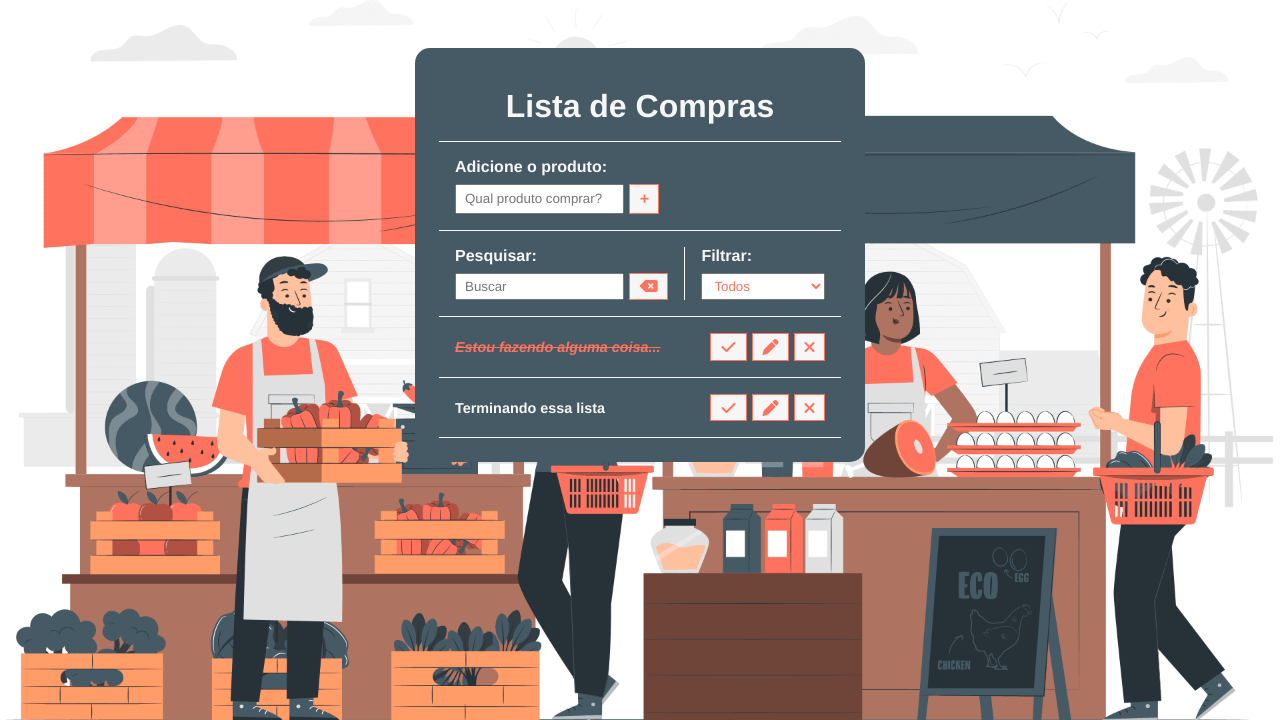
Repository: Dkrvalho/mercado
Page: index.html
The author's editor kept a copy of each file at every save. The page is drawn from the files as they stood at one save, then again after the next save.
The browser window is 1280 px wide. The pictures show the whole page.

Above is the page before, as saved 2023-01-09 19:56:00.

After the next save:
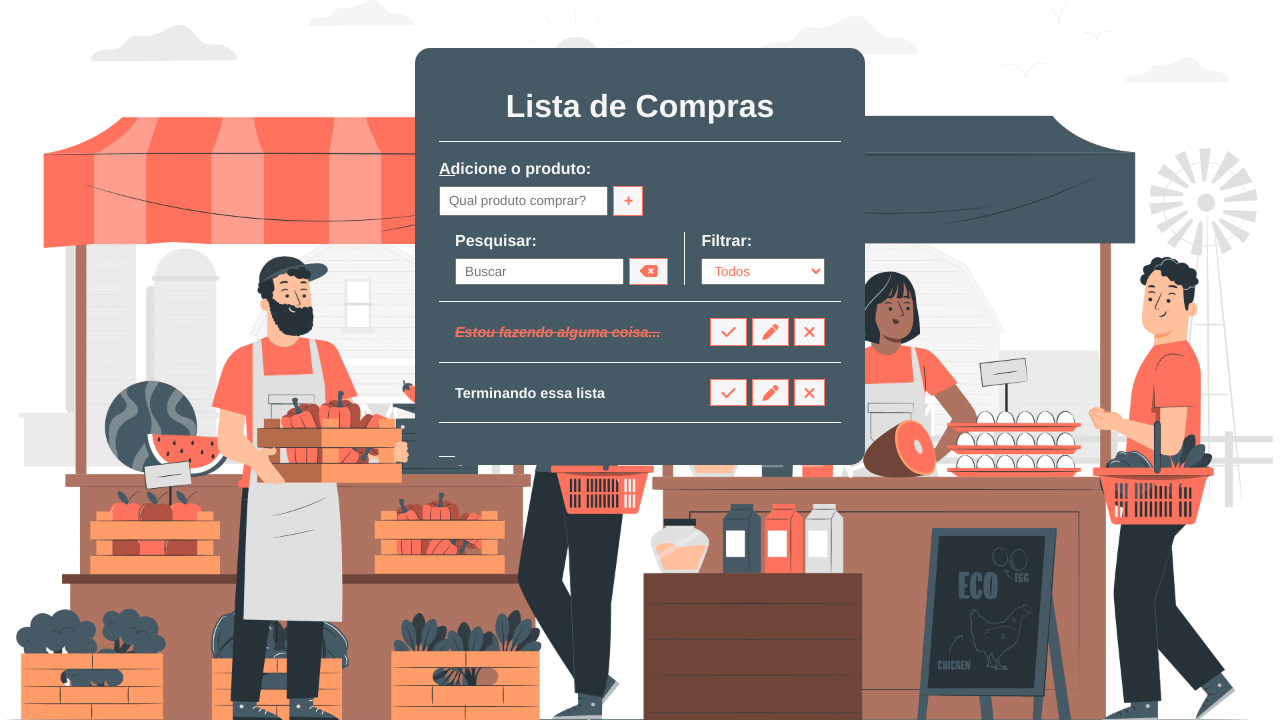
Saved 10 s later.
--- a/index.html
+++ b/index.html
@@ -18,7 +18,7 @@
         <header>
             <h1>Lista de Compras</h1>
         </header>
-        <form id="todo-form">
+        <todo id="todo-form">
             <p>Adicione o produto:</p>
             <div class="form-control">
                 <input type="text" id="todo-input" placeholder="Qual produto comprar?">
